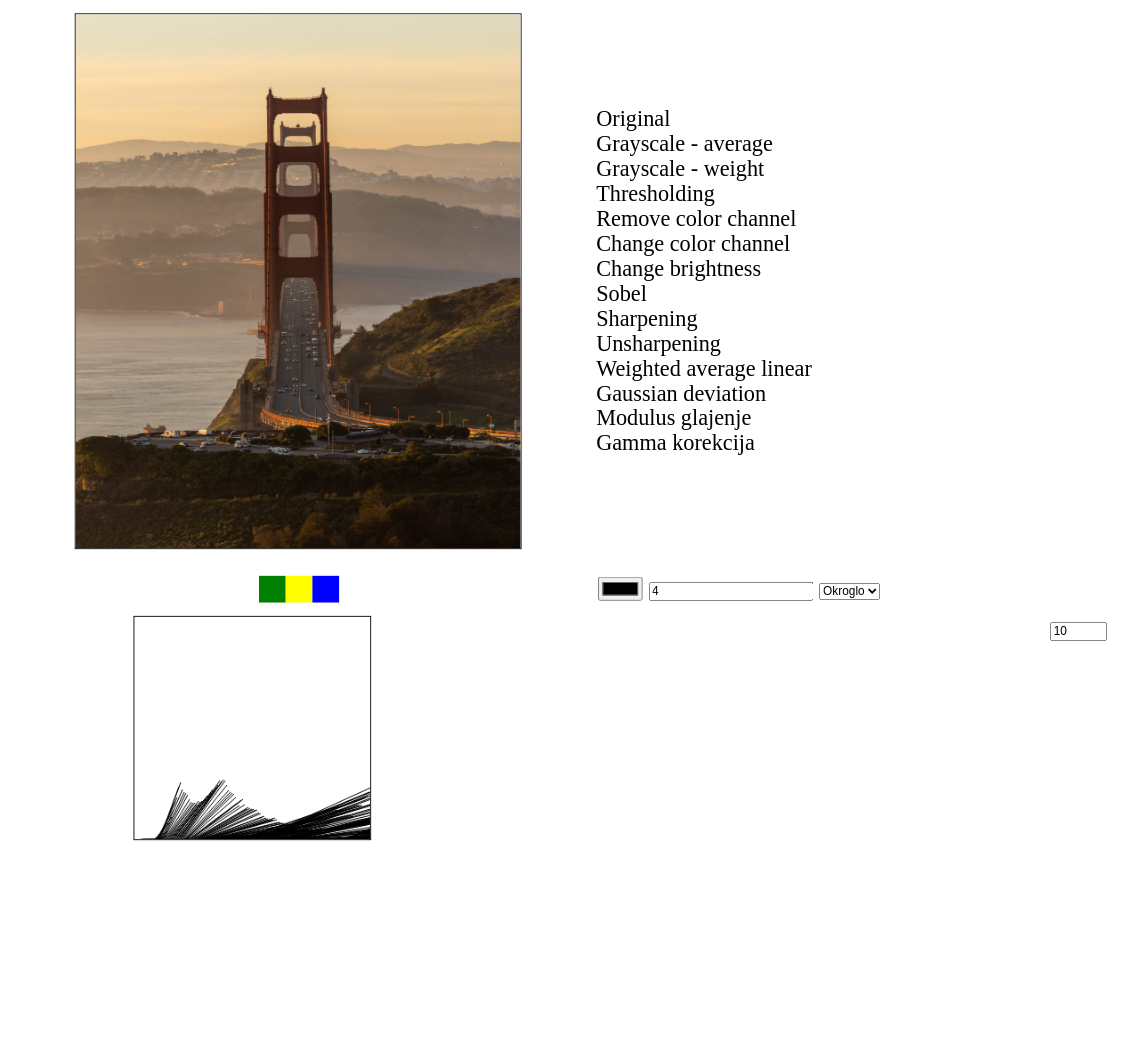
Repository: fussionko/web_photoshop
Page: index.html
The author's editor kept a copy of each file at every save. The page is drawn from the files as they stood at one save, then again after the next save.
The browser window is 1280 px wide. The pictures show the whole page, at 89% of full size.

Above is the page before, as saved 2022-04-28 12:32:11.

### index.html
<!doctype html>
<html lang="en">
    <head>
        <meta charset="utf-8">
        <meta name="viewport" content="width=device-width, initial-scale=1">

        <title>Slike</title>
        <link rel="stylesheet" href="style.css">
    </head>
    <body>
        <div id="container-main">
            <canvas id="main_canvas"></canvas>
            <div id="container-buttons"></div>
            <div id="container-controls"></div>
        </div>
        <div id="container-assist">
            <div id="container-history"><div id="history-back"></div><div id="history-fow"></div><div id="history-reset"></div></div>
            <div id="container-color">
                <input type="color" id="color" value="#000000">
                <input type="number" id="brush-size" step="1" value="4">
                <select id="cap-type">
                    <option value="butt">Butt</option>
                    <option value="round" selected>Okroglo</option>
                    <option value="square">Kvadrat</option>
                </select>
            </div>
        </div>
        <div id="container-histogram">
            <canvas id="main-graph"></canvas>
            <div id="container-graph-data">
                <input type="number" id="basket-num" step="1" max="255" min="1" value="10">
            </div>
        </div>
        <script src="filters.js"></script>
        <script src="draw.js"></script>
        <script src="history.js"></script>
        <script src="graph.js"></script>
        <script src="main.js"></script>
    </body>
</html>

### style.css
html {
    margin: 0;
    width: 100%;
    height: 100%;

    background-color: white !important;
}
body {
    margin: 0;

    display: grid;
    align-items: center;

    font-size: 25px;
    background-color: white !important;
    width: 100%;
    height: 100%;

}

#container-main, #container-assist, #container-historgram {
    margin: 15px 0;
}

#container-main {
    width: 100%;
    display: grid;
    grid-template-columns: auto auto 200px;
    align-items: center;
    justify-content: space-evenly;

}
canvas {

    border: 1px solid black;
}

.button-function {
    border: 1px solid black;
    padding: 5px;
    margin: 5px;;
}

#container-assist {
    display: grid;
    grid-template-columns: auto auto ;
    justify-content: space-evenly;
}

#container-history {
    display: flex;

}

#history-back, #history-fow, #history-reset {
    width: 30px;
    height: 30px;
}

#history-fow {
    background-color: yellow;
}

#history-back {
    background-color: green;
}

#history-reset {
    background-color: blue;
}

#container-histogram {
    display: grid;
    grid-template-columns: 1fr 100px;
    margin-left: 150px;
    margin-bottom: 100px;
    height: 500px;
}

### draw.js
function loadDraw()
{
    document.addEventListener('mousemove', draw);
    document.addEventListener('mousedown', function(e){
        setPosition(e);
        draw(e);
    });
    document.addEventListener('mouseenter', setPosition);
    document.addEventListener('mouseup', function(e){
        if(e.clientX > canvas_x_position + canvas_width || e.clientX < canvas_x_position) return;
        if(e.clientY > canvas_y_position + canvas_height || e.clientY < canvas_y_position) return;
        loadImage(getPixelData());
    });

    document.getElementById("color").addEventListener("change", function(){
        draw_color = this.value;
        console.log(draw_color);
    });

    document.getElementById("brush-size").addEventListener("change", function(){
        brush_size = parseInt(this.value);
        console.log(brush_size);
    });

    document.getElementById("cap-type").addEventListener("change", function(){
        cap_type = this.value;
        console.log(cap_type);
    });
}

let pos = {x:0, y:0}

function setPosition(e)
{
    pos.x = e.clientX - canvas_x_position;
    pos.y = e.clientY - canvas_y_position;
}

let draw_color = "#000000";
let brush_size = 4;
let cap_type = "round";
function draw(e)
{
    if (e.buttons !== 1) return;

    main_ctx.beginPath(); // begin

    main_ctx.lineWidth = brush_size;
    main_ctx.lineCap = cap_type;
    main_ctx.strokeStyle = draw_color;

    main_ctx.moveTo(pos.x, pos.y); // from
    setPosition(e);
    main_ctx.lineTo(pos.x, pos.y); // to

    main_ctx.stroke(); // draw it!


}

function delete_draw(e)
{
    if (e.buttons !== 1) return;

    main_ctx.beginPath(); // begin

    main_ctx.lineWidth = brush_size;
    main_ctx.lineCap = 'round';
    main_ctx.strokeStyle = draw_color;

    main_ctx.moveTo(pos.x, pos.y); // from
    setPosition(e);
    main_ctx.lineTo(pos.x, pos.y); // to

    main_ctx.stroke(); // draw it!
}

### history.js
function loadHistory()
{
    document.getElementById("history-back").addEventListener("click", function(){
        if(moveBackwardHistory() == -1) return;
        loadImageHistory();
    })

    document.getElementById("history-fow").addEventListener("click", function(){
        if(moveFowardHistory() == -1) return;
        loadImageHistory();
    })

    document.getElementById("history-reset").addEventListener("click", function(){
        let draw_image = new ImageData(canvas_width, canvas_height);
        draw_image.data.set(original_img_data);
        history = [draw_image.data];
        currentHistoryIndex = 1;
        current_filter_data["filter"] = "original";
        current_filter_data["index"] = 1;
        current_filter_data["data"] = draw_image.data;
        loadImageHistory();
    })
}

let history = [];
let currentHistoryIndex = 0;
function addToHistory(img_data)
{
    if(checkSame(img_data, history[history.length-1]) == 1) return;
    if(currentHistoryIndex != history.length)
        removeHistoryToIndex();

    history.push(img_data);
    currentHistoryIndex++;
}

function removeHistoryToIndex()
{
    history.splice(currentHistoryIndex, history.length-currentHistoryIndex)
}

function moveFowardHistory()
{
    if(currentHistoryIndex+1 > history.length) return -1;
    currentHistoryIndex++;
    return 1;
}

function moveBackwardHistory()
{
    if(currentHistoryIndex-1 <= 0) return -1;
    currentHistoryIndex--;
    return 1;
}

function getCurrentHistory()
{
    return history[currentHistoryIndex];
}

### graph.js

const graph_width = 265;
const graph_height = 250;

let main_graph;
let graph_ctx;

let normalization_value = 40;



function initGraph()
{

    main_graph = document.getElementById("main-graph");
    graph_ctx = main_graph.getContext('2d');
    main_graph.width = graph_width;
    main_graph.height = graph_height;

    document.getElementById("basket-num").addEventListener("change", function(){
        basket_num = parseInt(this.value);
    });

    create_graph()
}

let basket_num = 10;
let basket_size = Math.round(255/basket_num);
const graph_template = {
    "r":{},
    "g":{},
    "b":{}
}
let graph = JSON.parse(JSON.stringify(graph_template));

function create_graph()
{
    // graph = JSON.parse(JSON.stringify(graph_template));
    // for(let i = 1; i <= basket_num; i++)
    // {
    //     graph["r"][basket_size*i] = 0;
    //     graph["g"][basket_size*i] = 0;
    //     graph["b"][basket_size*i] = 0;
    // }
    graph = JSON.parse(JSON.stringify(graph_template));
    for(let i = 0; i <= 255; i++)
    {
        graph["r"][i] = 0;
        graph["g"][i] = 0;
        graph["b"][i] = 0;
    }
}

function count_Pixel(img_data)
{
    let ranges = Object.keys(graph["r"]);
    console.log(ranges);
    // for(let i = 0; i < img_data.length; i+=4)
    // {
    //     for(const key in ranges)
    //         if(img_data[i] < parseInt(ranges[key]))
    //         {
    //             graph["r"][ranges[key]]++;
    //             break;
    //         }
    //     for(const key in ranges)
    //         if(img_data[i+1] < parseInt(ranges[key]))
    //         {
    //             graph["g"][ranges[key]]++;
    //             break;
    //         }
    //     for(const key in ranges)
    //         if(img_data[i+2] < parseInt(ranges[key]))
    //         {
    //             graph["b"][ranges[key]]++;
    //             break;
    //         }
    // }
    console.log(graph);
    for(let i = 0; i < img_data.length; i+=4)
    {

        graph["r"][ranges[img_data[i]]]++;
        graph["g"][ranges[img_data[i+1]]]++;
        graph["b"][ranges[img_data[i+2]]]++;
    }


    normalizeGraph();
    console.log(graph);
    draw_graph();
}

function normalizeGraph()
{
    console.log(normalization_value);
    for(const c in graph)
        for(const range in graph[c])
            graph[c][range] = Math.round(graph[c][range]/normalization_value);
}

function draw_graph()
{
    graph_ctx.beginPath();
    let i = 1;
    let y = 250;
    for(let range in graph["r"])
    {
        range = parseInt(range);
        console.log(graph["r"][range]);
        console.log(5+i, y, range+i+5, y-graph["r"][range]);
        graph_ctx.beginPath();
        graph_ctx.moveTo(5+i, y);
        graph_ctx.lineTo(range+5+i, y-graph["r"][range]);
        graph_ctx.stroke();
        i++
    }

    graph_ctx.closePath();
}

Loaded but not shown: main.js (433 lines, source omitted); filters.js (443 lines, source omitted)

After the next save:
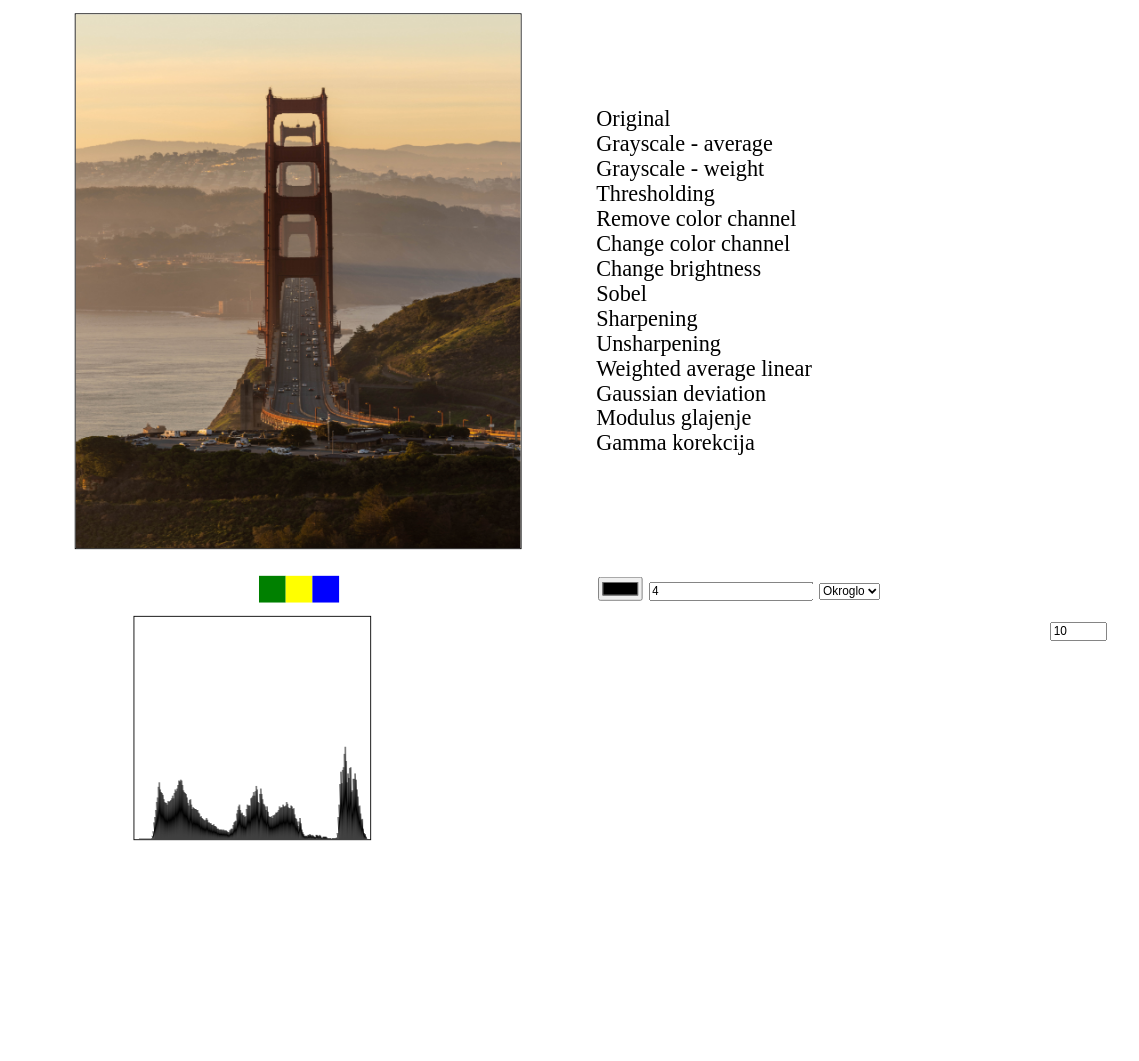
Saved 62 s later.
--- a/graph.js
+++ b/graph.js
@@ -111,9 +111,9 @@ function draw_graph()
         console.log(5+i, y, range+i+5, y-graph["r"][range]);
         graph_ctx.beginPath();
         graph_ctx.moveTo(5+i, y);
-        graph_ctx.lineTo(range+5+i, y-graph["r"][range]);
+        graph_ctx.lineTo(range+5, y-graph["r"][range]);
         graph_ctx.stroke();
-        i++
+        i++;
     }
 
     graph_ctx.closePath();
